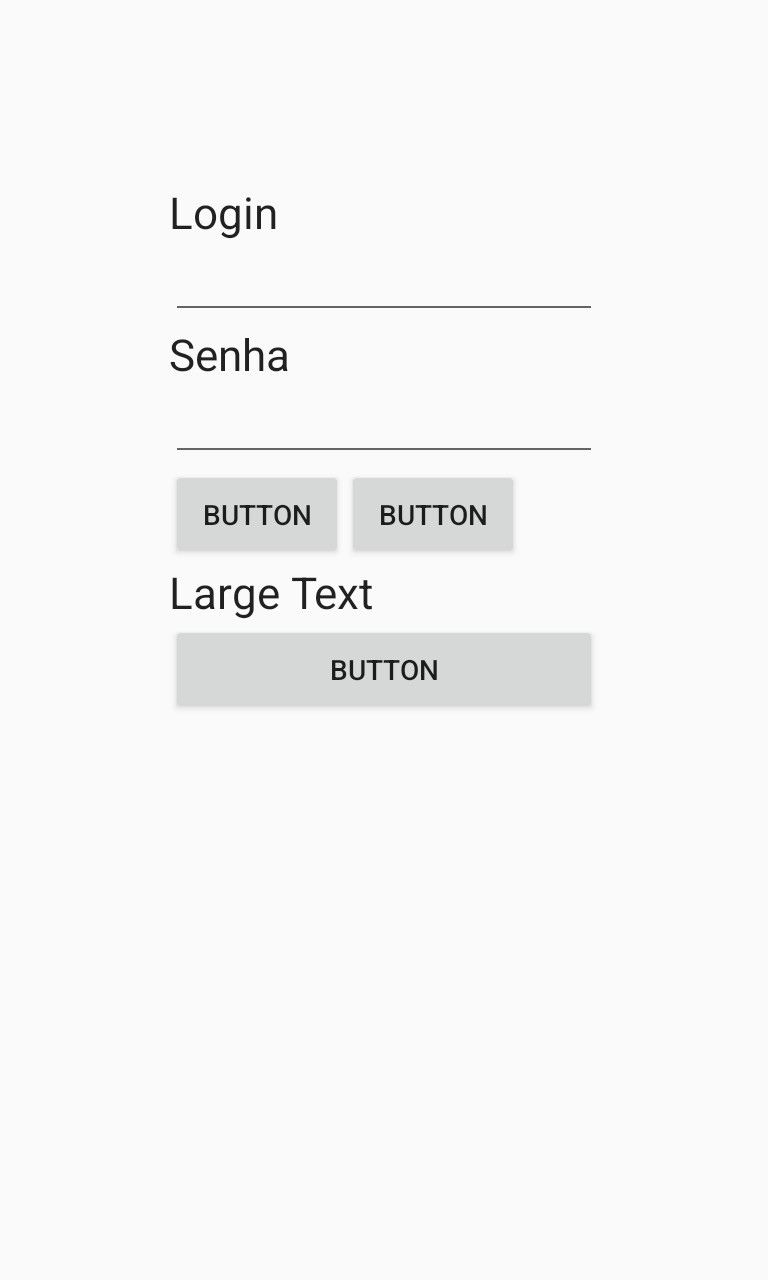
Repository: luizhenrique-dev/repositorio-mobile
Layout: ProjetoFinalMobile/UFGMemo/res/layout/activity_login.xml
The author's editor kept a copy of each file at every save. The layout is drawn from the files as they stood at one save, then again after the next save.
It is drawn on a 768 x 1280 px phone screen (xhdpi) without system bars, with theme AppTheme; the app's code is not run.

Above is the layout before, as saved 2014-05-18 02:08:32.

After the next save:
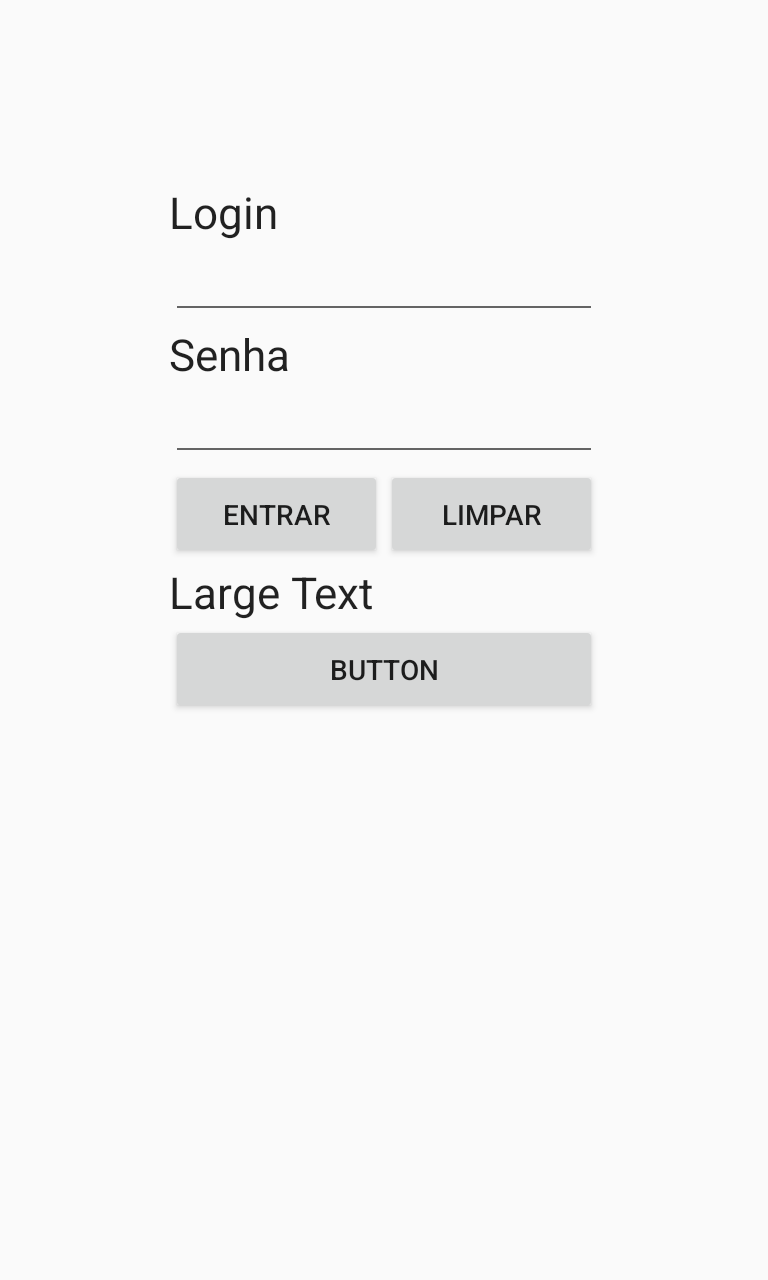
Saved 69 s later.
--- a/ProjetoFinalMobile/UFGMemo/res/layout/activity_login.xml
+++ b/ProjetoFinalMobile/UFGMemo/res/layout/activity_login.xml
@@ -48,13 +48,15 @@
                 android:id="@+id/button2"
                 android:layout_width="wrap_content"
                 android:layout_height="wrap_content"
-                android:text="Button" />
+                android:layout_weight="0.35"
+                android:text="Entrar" />
 
             <Button
                 android:id="@+id/button1"
                 android:layout_width="wrap_content"
                 android:layout_height="wrap_content"
-                android:text="Button" />
+                android:layout_weight="0.35"
+                android:text="Limpar" />
         </LinearLayout>
 
         <TextView
